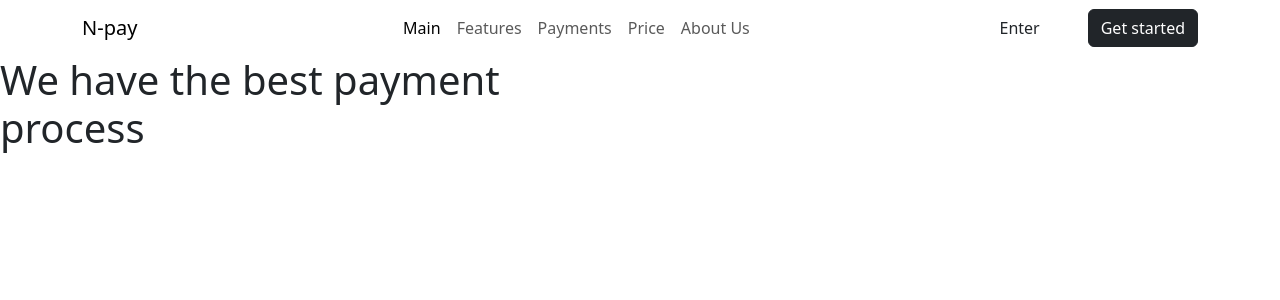
Repository: Senianga/N-pay
Page: index.html
An editor plug-in stored every save of this project. The page is shown before and after the next save, followed by the edit.
The browser window is 1280 px wide. The pictures show the whole page.
The style sheet was rebuilt from its Sass, Less or Tailwind sources for each picture, by a compiler version that may differ from the author's.

Above is the page before, as saved 2023-05-01 14:43:28.

After the next save:
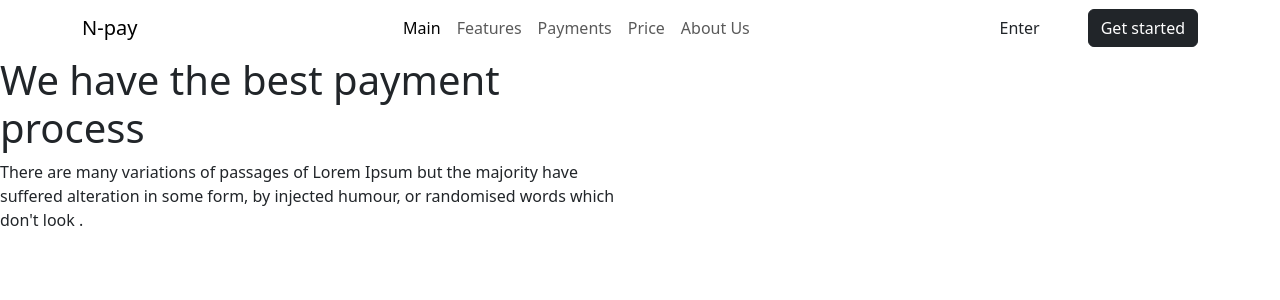
Saved 8 s later.
--- a/index.html
+++ b/index.html
@@ -53,7 +53,8 @@
                         payment process
                     </h1>
                     <p class="col-6">
-
+                        There are many variations of passages of Lorem Ipsum
+ but the majority have suffered alteration in some form, by injected humour, or randomised words which don't look .
                     </p>
                 </div>
             </row>
